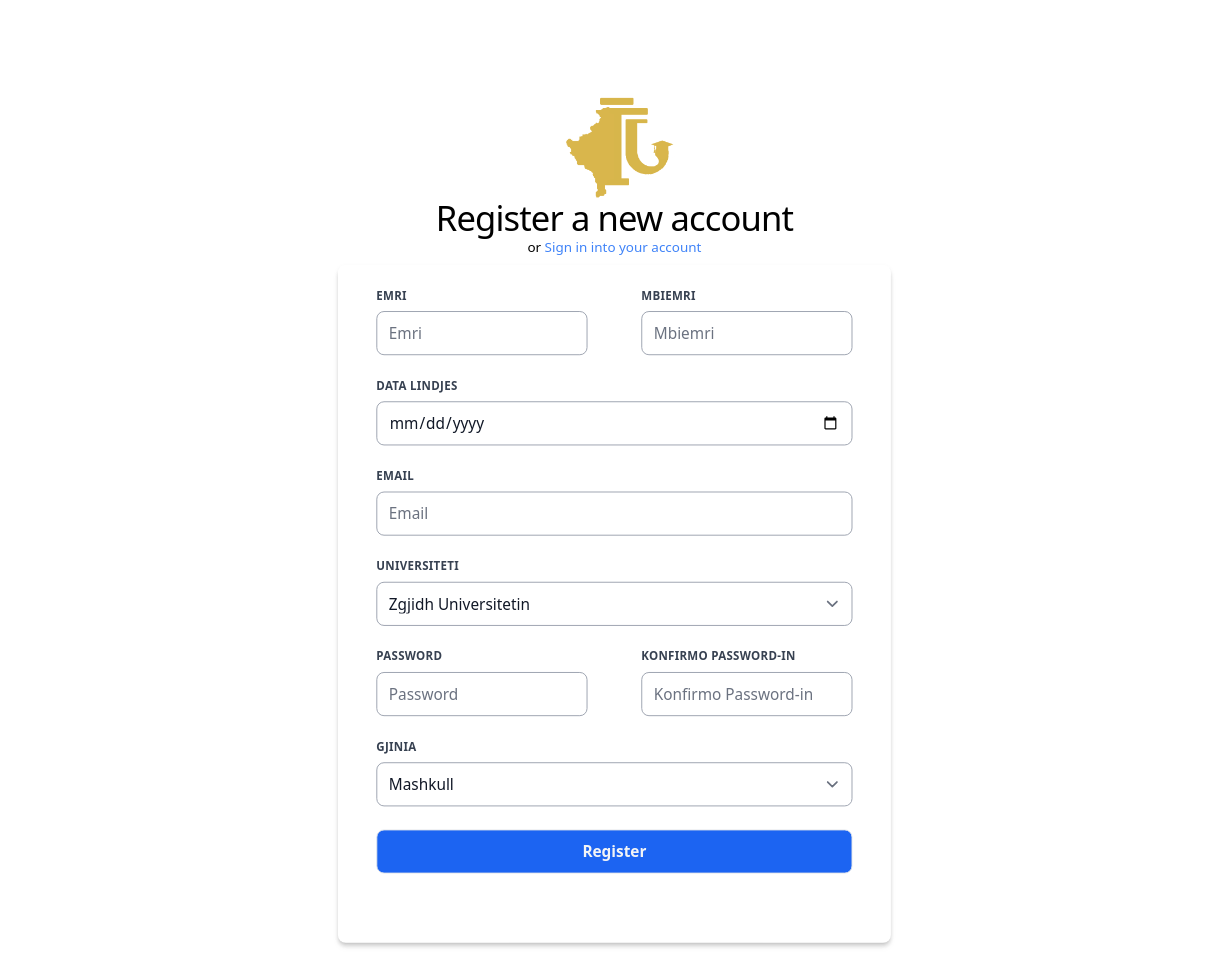
Repository: milottmorina/Juristify
Page: http://localhost/register
These files come from the project's save history. The page is drawn as it stood at one moment and after the next save; the edit follows.
The browser window is 1280 px wide. The pictures show the whole page, at 96% of full size.
The page is served by the project's Laravel application, run on PHP 8.4 with Laravel 9. Other server files are loaded and not shown.

Above is the page before, as saved 2022-10-04 11:16:46.

### routes/web.php
<?php

use App\Http\Controllers\BlogController;
use App\Http\Controllers\ContactController;
use App\Http\Controllers\FilesController;
use App\Http\Controllers\InformationController;
use App\Http\Controllers\NewsController;
use App\Http\Controllers\User;
use App\Http\Controllers\CommentController;
use Illuminate\Support\Facades\Route;
use Illuminate\Support\Facades\Auth;


Route::get('/', function () {
    if(Auth::user()){
        return redirect('/home');
    }else{
    return view('home');
}
});




Route::get('/home', [App\Http\Controllers\HomeController::class, 'index'])->name('home');

Route::prefix('contact-us')->group(function () {

    Route::get('/', [ContactController::class, 'index'])->name('contact.index');
    Route::post('/store', [ContactController::class, 'store'])->name('contact.store');
    Route::get('/destroy/{id}', [ContactController::class, 'destroy'])->name('contact.delete');

});





Route::prefix('dashboard')->group(function(){


    Route::get('/', [User::class, 'dashboard'])->name('dashboard.view');
    Route::get('/library', [FilesController::class, 'showAll'])->name('library.all');
    Route::get('/blogs', [BlogController::class, 'showAll'])->name('blog.all');
    Route::get('/news', [NewsController::class, 'showAll'])->name('news.all');



    Route::get('contact-us/all', [ContactController::class, 'show'])->name('contact.show');



    Route::prefix('/users')->group(function(){
    Route::get('/', [User::class, 'allUsers'])->name('user.all');
    Route::get('/find', [User::class, 'findUser'])->name('user.find');
    Route::get('/verified', [User::class, 'getVerifiedUsers'])->name('user.verified');
    Route::get('/non-verified', [User::class, 'getNonVerifiedUsers'])->name('user.nonverified');
    Route::get('/admin', [User::class, 'getAdmin'])->name('user.admin');
    Route::get('/default', [User::class, 'getDefaultUsers'])->name('user.default');
    Route::post('/verifiko/{id}', [User::class, 'verifiko'])->name('user.verifiko');
    Route::post('/cverifiko/{id}', [User::class, 'cverifiko'])->name('user.cverifiko');
    Route::post('/make-admin/{id}', [User::class, 'makeAdmin'])->name('user.makeadmin');
    Route::post('/make-default-user/{id}', [User::class, 'makeDefault'])->name('user.defaultuser');

});
});




Route::prefix('profile')->group(
    function () {
        Route::get('/', [User::class, 'index'])->name('user.index');
        Route::get('/recent-uploads', [FilesController::class, 'index'])->name('user.uploads');
        Route::get('/upload', [User::class, 'upload'])->name('user.upload');
        Route::get('/change-password', [User::class, 'changePas'])->name('user.password');
        Route::post('/update-profile/{id}', [User::class, 'updateProfile'])->name('user.update');
        Route::post('/store-file', [FilesController::class, 'store'])->name('file.store');
        Route::post('/update-password/', [User::class, 'update_password'])->name('user.updatePassword');
        Route::get('/destroy-file/{id}', [FilesController::class, 'destroy'])->name('file.destroy');
        Route::get('/create-info', [InformationController::class, 'create'])->name('info.create');
        Route::get('/create-news', [NewsController::class, 'create'])->name('news.create');
        Route::get('/create-blog', [BlogController::class, 'create'])->name('blog.create');
        Route::post('/update-file/{id}', [FilesController::class, 'update'])->name('file.update');
        Route::get('/my-blogs', [BlogController::class, 'myBlogs'])->name('blog.myBlogs');
        Route::post('/update-blog/{id}', [BlogController::class, 'update'])->name('blog.update');


    }
);




Route::prefix('library')->group(
    function (){
        Route::get('/', [FilesController::class, 'show'])->name('all.uploads');
    });




Route::prefix('infromation')->group(
        function (){
            Route::get('/', [InformationController::class, 'index'])->name('infos.view');
            Route::post('/store-info', [InformationController::class, 'store'])->name('info.store');
        });



Route::prefix('news')->group(
            function (){
                Route::get('/', [NewsController::class, 'index'])->name('news.view');
                Route::get('/single/{id}', [NewsController::class, 'show'])->name('news.show');
                Route::post('/store-news', [NewsController::class, 'store'])->name('news.store');
                Route::get('/destroy/{id}', [NewsController::class, 'destroy'])->name('news.delete');
                Route::post('/update-news/{id}', [NewsController::class, 'update'])->name('news.update');
            });



Route::prefix('blog')->group(
function (){
Route::get('/', [BlogController::class, 'index'])->name('blog.view');
Route::get('/single/{id}', [BlogController::class, 'show'])->name('blog.show');
Route::post('/store-news', [BlogController::class, 'store'])->name('blog.store');
Route::post('/verifiko/{id}', [BlogController::class, 'verifiko'])->name('blog.verifiko');
Route::post('/cverifiko/{id}', [BlogController::class, 'cverifiko'])->name('blog.cverifiko');
Route::get('/destroy/{id}', [BlogController::class, 'destroy'])->name('blog.delete');
// Route::get('/', [CommentController::class, 'index'])->name('comment.view');
});




Route::prefix('comment')->group(
    function (){

        Route::post('/store-comment', [CommentController::class, 'store'])->name('comment.store');
        Route::post('/update-comment/{id}', [CommentController::class, 'update'])->name('comment.update');
        Route::get('/destroy/{id}', [CommentController::class, 'destroy'])->name('comment.delete');
    });
Auth::routes();

### app/Http/Controllers/Auth/ConfirmPasswordController.php
<?php

namespace App\Http\Controllers\Auth;

use App\Http\Controllers\Controller;
use App\Providers\RouteServiceProvider;
use Illuminate\Foundation\Auth\ConfirmsPasswords;

class ConfirmPasswordController extends Controller
{


    use ConfirmsPasswords;


    protected $redirectTo = RouteServiceProvider::HOME;


    public function __construct()
    {
        $this->middleware('auth');
    }
}

### app/Http/Controllers/Auth/RegisterController.php
<?php

namespace App\Http\Controllers\Auth;

use App\Http\Controllers\Controller;
use App\Providers\RouteServiceProvider;
use App\Models\User;
use Illuminate\Foundation\Auth\RegistersUsers;
use Illuminate\Support\Facades\Hash;
use Illuminate\Support\Facades\Validator;
use Illuminate\Validation\Rules;
use Illuminate\Http\Request;

class RegisterController extends Controller
{


    use RegistersUsers;


    protected $redirectTo = RouteServiceProvider::HOME;


    public function __construct()
    {
        $this->middleware('guest');
    }


    protected function validator(array $data)
    {
        return Validator::make($data, [
            'emri' => ['required', 'regex:/^[a-zA-Z]+$/u', 'string', 'max:25'],
            'mbiemri' => ['required', 'regex:/^[a-zA-Z]+$/u', 'string', 'max:25'],
            'dataLindjes'=>['required'],
            'universiteti' => ['required', 'regex:/^[a-zA-Z]+$/u', 'string', 'max:25'],
            'gjinia' => ['required'],
            'email' => ['required', 'string', 'email', 'max:50', 'unique:users'],
            'password' => ['required', 'regex:/^(?=.*?[A-Z])(?=.*?[a-z])(?=.*?[0-9])(?=.*?[#?!@$%^&*-]).{8,}$/ ', 'confirmed', Rules\Password::defaults()]
        ]);
    }




    protected function create(array $data)
    {

        return User::create([
            'emri' => $data['emri'],
            'mbiemri' => $data['mbiemri'],
            'dataLindjes' => $data['dataLindjes'],
            'universiteti' => $data['universiteti'],
            'gjinia' => $data['gjinia'],
            'email' => $data['email'],
            'img'=>"public/noProfilePhoto/nofoto.jpg",
            'password' => Hash::make($data['password']),
        ]);

    }
}

### resources/views/auth/register.blade.php
<title>Regjistrohu</title>
@vite('resources/css/app.css')

<!-- component -->
<div class="text-center mt-24">
    <div class="flex items-center justify-center">

        <img src="{{asset('logo/juristify.png')}}" width="150px">
    </div>
    <h2 class="text-4xl tracking-tight">
        Register a new account
    </h2>
    <span class="text-sm">or <a href="{{ route('login') }}" class="text-blue-500">
            Sign in into your account
        </a>
    </span>
</div>
<div class="flex justify-center my-2 mx-4 md:mx-0">
    <form class="w-full max-w-xl bg-white rounded-lg shadow-md p-6 drop-shadow-md" method="POST"
        action="{{ route('register') }}" enctype="multipart/form-data">
        @csrf
        <div class="flex flex-wrap -mx-3 mb-6">
            @if (Session::has('msg'))
            <div class="alert alert-success text-center text-green-600 relative left-[51px]">
               <div class="p-4 mb-4 text-sm text-green-700 bg-green-100 rounded-lg dark:bg-green-200 dark:text-green-800" role="alert">
                  <span class="font-medium">{!! \Session::get('msg') !!}</span>
                </div>
            </div>
            @endif
            <div class="flex">
                <div class="w-full md:w-full px-7 mb-6">
                    <label class="block uppercase tracking-wide text-gray-700 text-xs font-bold mb-2"
                        for='Password'>Emri</label>
                    <input placeholder="Emri"
                        class="@error('emri') is-invalid @enderror appearance-none block w-full bg-white text-gray-900 font-medium border border-gray-400 rounded-lg py-3 px-3 leading-tight focus:outline-none"
                        type='text' name="emri" required>
                    @error('emri')
                        <span class="invalid-feedback" role="alert">
                            <p class="text-xs text-red-600 ml-2">{{ $message }}</p>
                        </span>
                    @enderror
                </div>
                <div class="w-full md:w-full px-7 mb-6">
                    <label class="block uppercase tracking-wide text-gray-700 text-xs font-bold mb-2"
                        for='Password'>Mbiemri</label>
                    <input placeholder="Mbiemri"
                        class="@error('mbiemri') is-invalid @enderror appearance-none block w-full bg-white text-gray-900 font-medium border border-gray-400 rounded-lg py-3 px-3 leading-tight focus:outline-none"
                        type='text' name="mbiemri" required>
                        <input type="hidden" name="verifikuar" id="" value="jo">
                    @error('mbiemri')
                        <span class="invalid-feedback" role="alert">
                            <p class="text-xs text-red-600 ml-2">{{ $message }}</p>
                        </span>
                    @enderror
                </div>
            </div>

                <div class="w-full md:w-full px-7 mb-6">
                    <label class="block uppercase tracking-wide text-gray-700 text-xs font-bold mb-2"
                        for='Password'>Data
                        Lindjes</label>
                    <input
                        class="@error('dataLindjes') is-invalid @enderror appearance-none block w-full bg-white text-gray-900 font-medium border border-gray-400 rounded-lg py-3 px-3 leading-tight focus:outline-none"
                        type='date' name="dataLindjes" required>
                    @error('dataLindjes')
                        <span class="invalid-feedback" role="alert">
                            <p class="text-xs text-red-600 ml-2">{{ $message }}</p>
                        </span>
                    @enderror
                </div>
                <div class="w-full md:w-full px-7 mb-6">
                    <label class="block uppercase tracking-wide text-gray-700 text-xs font-bold mb-2"
                        for='Password'>Email</label>
                    <input placeholder="Email"
                        class="@error('email') is-invalid @enderror appearance-none block w-full bg-white text-gray-900 font-medium border border-gray-400 rounded-lg py-3 px-3 leading-tight focus:outline-none"
                        type='email' name="email" required>
                    @error('email')
                        <span class="invalid-feedback" role="alert">
                            <p class="text-xs text-red-600 ml-2">{{ $message }}</p>
                        </span>
                    @enderror
                </div>

            <div class="w-full md:w-full px-7 mb-6">
                <label class="block uppercase tracking-wide text-gray-700 text-xs font-bold mb-2"
                    for='Password'>Universiteti</label>
                <select name="universiteti"
                    class="@error('universiteti') is-invalid @enderror appearance-none block w-full bg-white text-gray-900 font-medium border border-gray-400 rounded-lg py-3 px-3 leading-tight focus:outline-none"
                    id="grid-state">
                    <option>Zgjidh Universitetin</option>
                    <option>Universiteti i Prishtines</option>
                    <option>Universiteti i Tiranes</option>
                    <option>Universiteti i Londres</option>
                </select>
                @error('universiteti')
                    <span class="invalid-feedback" role="alert">
                        <p class="text-xs text-red-600 ml-2">{{ $message }}</p>
                    </span>
                @enderror
            </div>
            <div class="flex">
                <div class="w-full md:w-full px-7 mb-6">
                    <label class="block uppercase tracking-wide text-gray-700 text-xs font-bold mb-2"
                        for='Password'>Password</label>
                    <input placeholder="Password"
                        class="@error('password') is-invalid @enderror appearance-none block w-full bg-white text-gray-900 font-medium border border-gray-400 rounded-lg py-3 px-3 leading-tight focus:outline-none"
                        type='password' name="password" required>
                    @error('password')
                        <span class="invalid-feedback" role="alert">
                            <p class="text-xs text-red-600 ml-2">{{ $message }}</p>
                        </span>
                    @enderror
                </div>
                <div class="w-full md:w-full px-7 mb-6">
                    <label class="block uppercase tracking-wide text-gray-700 text-xs font-bold mb-2"
                        for='Password'>Konfirmo Password-in</label>
                    <input
                        class="@error('password_confirmation') is-invalid @enderror appearance-none block w-full bg-white text-gray-900 font-medium border border-gray-400 rounded-lg py-3 px-3 leading-tight focus:outline-none"
                        type='password' placeholder="Konfirmo Password-in" name="password_confirmation" required>
                    @error('password_confirmation')
                        <span class="invalid-feedback" role="alert">
                            <p class="text-xs text-red-600 ml-2">{{ $message }}</p>
                        </span>
                    @enderror
                </div>
            </div>

            <div class="w-full md:w-full px-7 mb-6">
                <label class=" block uppercase tracking-wide text-gray-700 text-xs font-bold mb-2"
                    for='Password'>Gjinia</label>
                <select name="gjinia"
                    class=" @error('gjinia') is-invalid @enderror appearance-none block w-full bg-white text-gray-900 font-medium border border-gray-400 rounded-lg py-3 px-3 leading-tight focus:outline-none"
                    id="grid-state">
                    <option>Mashkull</option>
                    <option>Femer</option>
                </select>
                @error('gjinia')
                    <span class="invalid-feedback" role="alert">
                        <p class="text-xs text-red-600 ml-2">{{ $message }}</p>
                    </span>
                @enderror
            </div>


            <div class="w-full md:w-full px-7 mb-6">
                <button
                    class="appearance-none block w-full bg-blue-600 text-gray-100 font-bold border border-gray-200 rounded-lg py-3 px-3 leading-tight hover:bg-blue-500 focus:outline-none focus:bg-white focus:border-gray-500">Register</button>
            </div>


        </div>
    </form>
</div>

Loaded but not shown: app/Http/Controllers/Controller.php (common file)

After the next save:
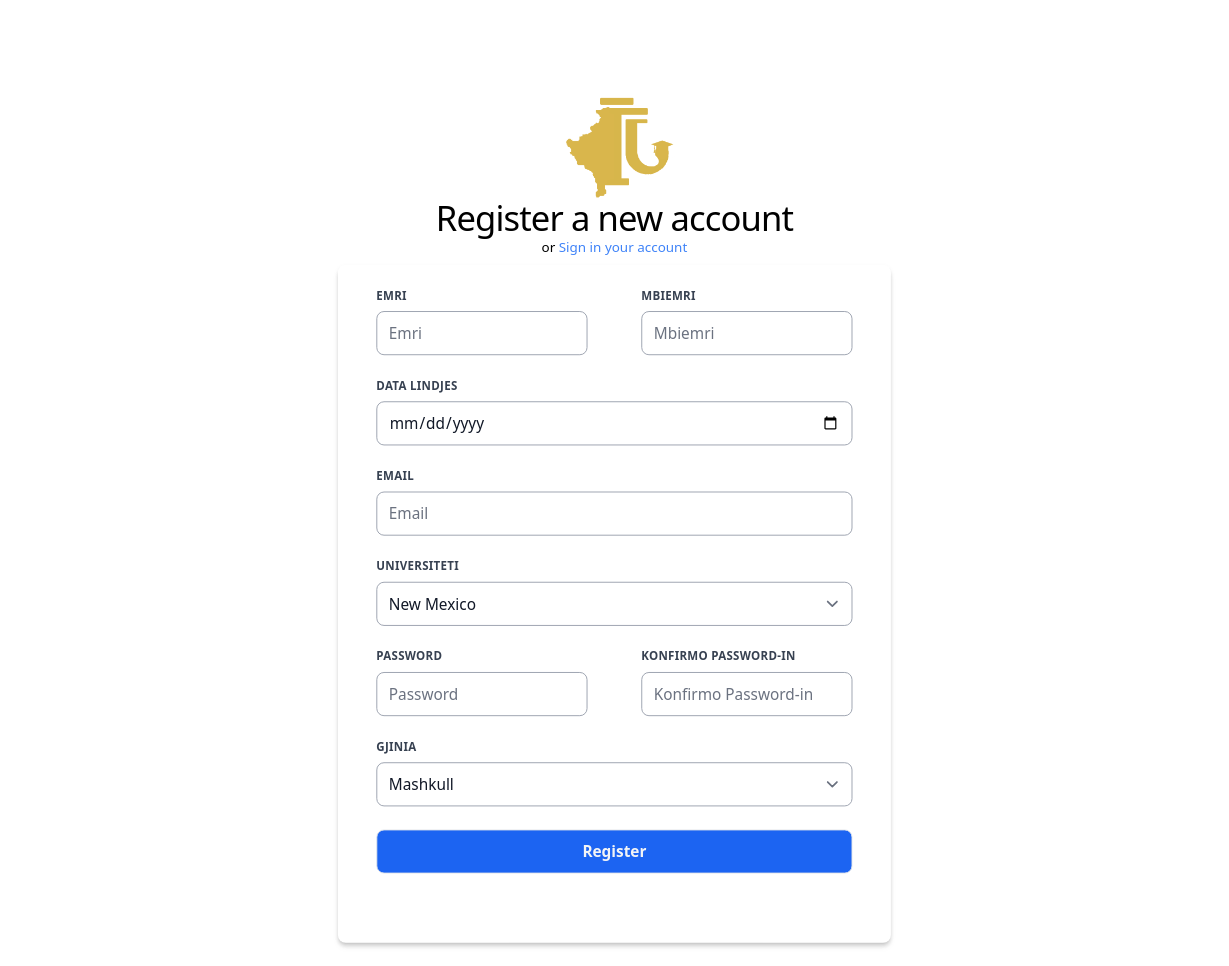
Saved 9 min 14 s later.
--- a/resources/views/auth/register.blade.php
+++ b/resources/views/auth/register.blade.php
@@ -11,7 +11,7 @@
         Register a new account
     </h2>
     <span class="text-sm">or <a href="{{ route('login') }}" class="text-blue-500">
-            Sign in into your account
+            Sign in your account
         </a>
     </span>
 </div>
@@ -87,10 +87,9 @@
                 <select name="universiteti"
                     class="@error('universiteti') is-invalid @enderror appearance-none block w-full bg-white text-gray-900 font-medium border border-gray-400 rounded-lg py-3 px-3 leading-tight focus:outline-none"
                     id="grid-state">
-                    <option>Zgjidh Universitetin</option>
-                    <option>Universiteti i Prishtines</option>
-                    <option>Universiteti i Tiranes</option>
-                    <option>Universiteti i Londres</option>
+                    <option>New Mexico</option>
+                    <option>Missouri</option>
+                    <option>Texas</option>
                 </select>
                 @error('universiteti')
                     <span class="invalid-feedback" role="alert">
